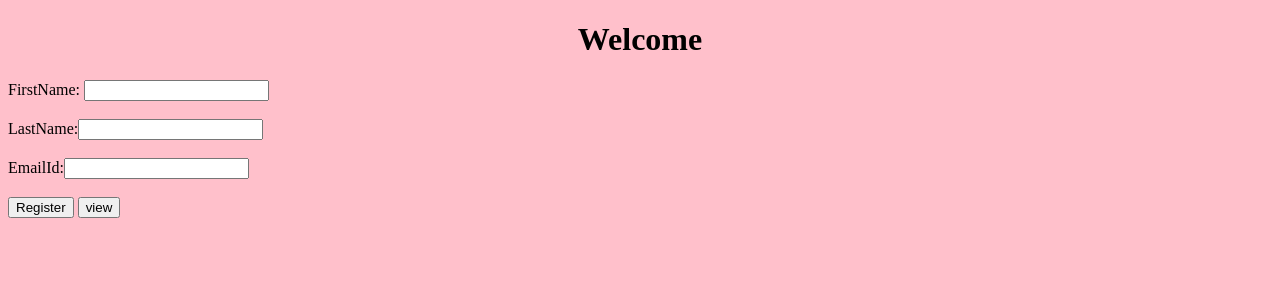
Repository: madhu124/Youtube-demo
Page: CustomerRegistration/WebContent/Index.html
The author's editor kept a copy of each file at every save. The page is drawn from the files as they stood at one save, then again after the next save.
The browser window is 1280 px wide. The pictures show the whole page.

Above is the page before, as saved 2017-06-01 20:17:20.

### CustomerRegistration/WebContent/Index.html
<!DOCTYPE html>
<html>
<head>
<meta charset="ISO-8859-1">
<title>Customer Registration</title>
</head>
<style>
body {
	background-color: pink;
}

h1 {
	font-family: bold;
}
</style>
<body>
	<center>
		<h1>Welcome</h1>
	</center>
	<form action="./Customer1" method="post">
		FirstName: <input type="text" name="uname"> <br></br>
		LastName:<input type="text" name="Lname"><br></br>
		EmailId:<input type="email" name="email"> <br></br>
		<input type="submit" value="Register"name="Register">
		<input type="submit" value="view"name="View">
	</form>
</body>

</html>

After the next save:
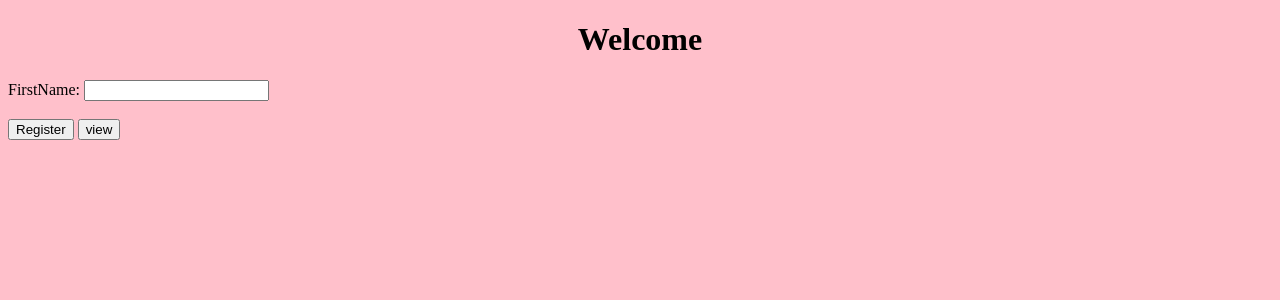
Saved 58 min 44 s later.
--- a/CustomerRegistration/WebContent/Index.html
+++ b/CustomerRegistration/WebContent/Index.html
@@ -19,8 +19,7 @@ h1 {
 	</center>
 	<form action="./Customer1" method="post">
 		FirstName: <input type="text" name="uname"> <br></br>
-		LastName:<input type="text" name="Lname"><br></br>
-		EmailId:<input type="email" name="email"> <br></br>
+
 		<input type="submit" value="Register"name="Register">
 		<input type="submit" value="view"name="View">
 	</form>
